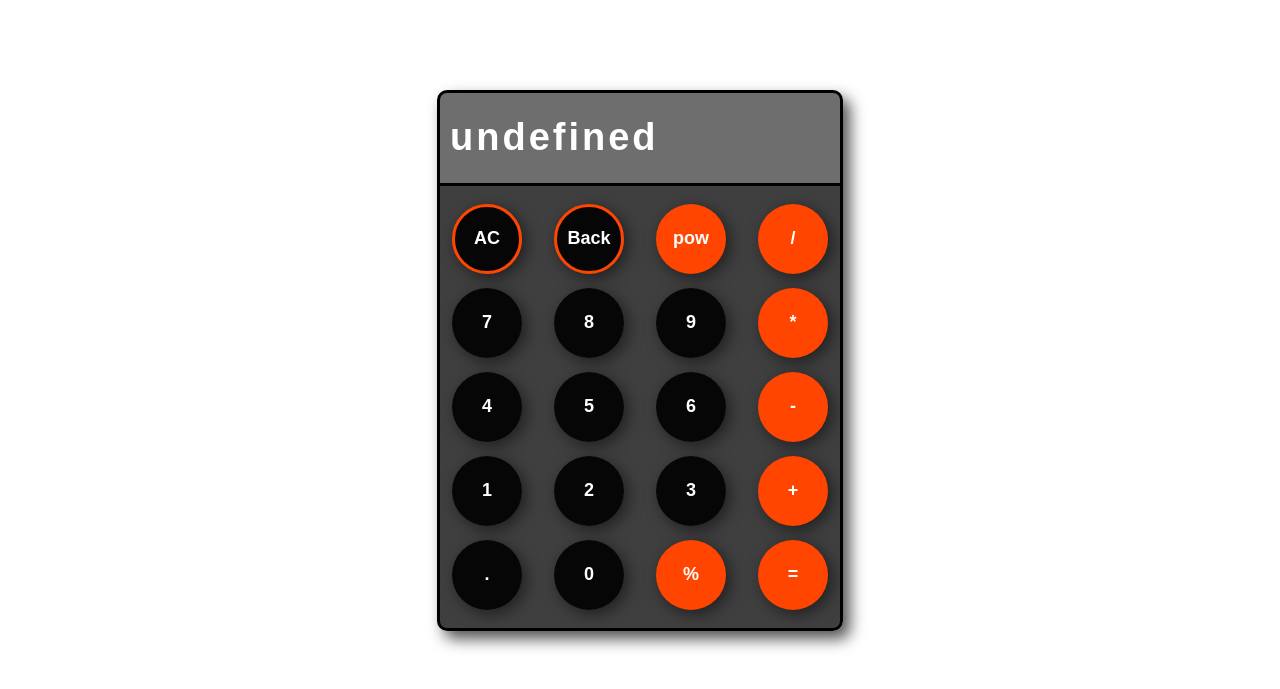
Repository: SakthivelDurai47/calculator
Page: index.html
An editor plug-in stored every save of this project. The page is shown before and after the next save, followed by the edit.
The browser window is 1280 px wide. The pictures show the whole page.
After loading, the first visible `button[onclick="calculate()"]` was clicked once.

Above is the page before, as saved 2025-04-13 16:00:50.

### index.html
<!DOCTYPE html>
<html lang="en">
  <head>
    <meta charset="UTF-8" />
    <meta name="viewport" content="width=device-width, initial-scale=1.0" />
    <title>Calculator</title>
    <link rel="stylesheet" href="styles.css" />
  </head>
  <body>
    <div id="calculator">
      <input id="display" readonly />
      <div id="buttons">
        <button onclick="clearDisplay()" class="control">AC</button>
        <button onclick="removeFromDisplay()" class="control">Back</button>
        <button onclick="addToDisplay('**')" class="operator">pow</button>
        <button onclick="addToDisplay('/')" class="operator">/</button>
        <button onclick="addToDisplay('7')">7</button>
        <button onclick="addToDisplay('8')">8</button>
        <button onclick="addToDisplay('9')">9</button>
        <button onclick="addToDisplay('*')" class="operator">*</button>
        <button onclick="addToDisplay('4')">4</button>
        <button onclick="addToDisplay('5')">5</button>
        <button onclick="addToDisplay('6')">6</button>
        <button onclick="addToDisplay('-')" class="operator">-</button>
        <button onclick="addToDisplay('1')">1</button>
        <button onclick="addToDisplay('2')">2</button>
        <button onclick="addToDisplay('3')">3</button>
        <button onclick="addToDisplay('+')" class="operator">+</button>
        <button onclick="addToDisplay('.')">.</button>
        <button onclick="addToDisplay('0')">0</button>
        <button onclick="addToDisplay('%')" class="operator">%</button>
        <button onclick="calculate()" class="operator">=</button>
      </div>
    </div>
    <script src="index.js"></script>
  </body>
</html>

### styles.css
body {
  margin: 0;
  display: flex;
  justify-content: center;
  align-items: center;
  height: 100vh;
}
#buttons {
  display: grid;
  grid-template-columns: repeat(4, 1fr);
  gap: 8px;
  align-items: center;
  justify-items: center;
}
button {
  width: 70px;
  height: 70px;
  border-radius: 35px;
  border: none;
  background-color: rgba(0, 0, 0, 0.9);
  color: white;
  font-size: large;
  font-weight: bold;
  margin: 3px;
  margin-left: 10px;
  margin-right: 10px;
  box-shadow: 4px 4px 15px rgba(0, 0, 0, 0.5);
}
button:hover {
  background-color: rgba(255, 255, 255, 0.3);
}
button:active {
  background-color: rgba(255, 255, 255, 0.1);
}
.control {
  border: 3px solid orangered;
}
.operator {
  background-color: orangered;
}
.operator:hover {
  background-color: rgba(255, 68, 0, 0.3);
}
.operator:active {
  background-color: rgba(255, 68, 0, 0.1);
}
#calculator {
  width: 400px;
  height: auto;
  background-color: rgba(0, 0, 0, 0.751);
  border-radius: 10px;
  box-shadow: 7px 8px 15px rgba(0, 0, 0, 0.678);
  overflow: hidden;
  padding-bottom: 15px;
  border: 3px solid black;
}
#display {
  width: 100%;
  height: 70px;
  margin-bottom: 15px;
  border: none;
  background-color: rgba(137, 137, 137, 0.642);
  color: white;
  font-size: 38px;
  letter-spacing: 3px;
  font-weight: bold;
  padding: 10px;
  border-bottom: 3px solid black;
}

### index.js
const display = document.getElementById("display");
let preValue = [""];
let errors = false;

function addToDisplay(input) {
  if (!errors) {
    display.value += input;
    preValue.push(display.value);
  } else {
    display.value = "";
    preValue = [""];
    errors = false;
    addToDisplay(input);
  }
}

function clearDisplay() {
  display.value = "";
  preValue = [""];
  errors = false;
}

function removeFromDisplay() {
  if (preValue.length > 1) {
    preValue.pop();
    display.value = preValue[preValue.length - 1];
    console.log(preValue);
  }
}

function calculate() {
  try {
    display.value = eval(display.value);
  } catch (error) {
    display.value = "error";
    errors = true;
  }
}

After the next save:
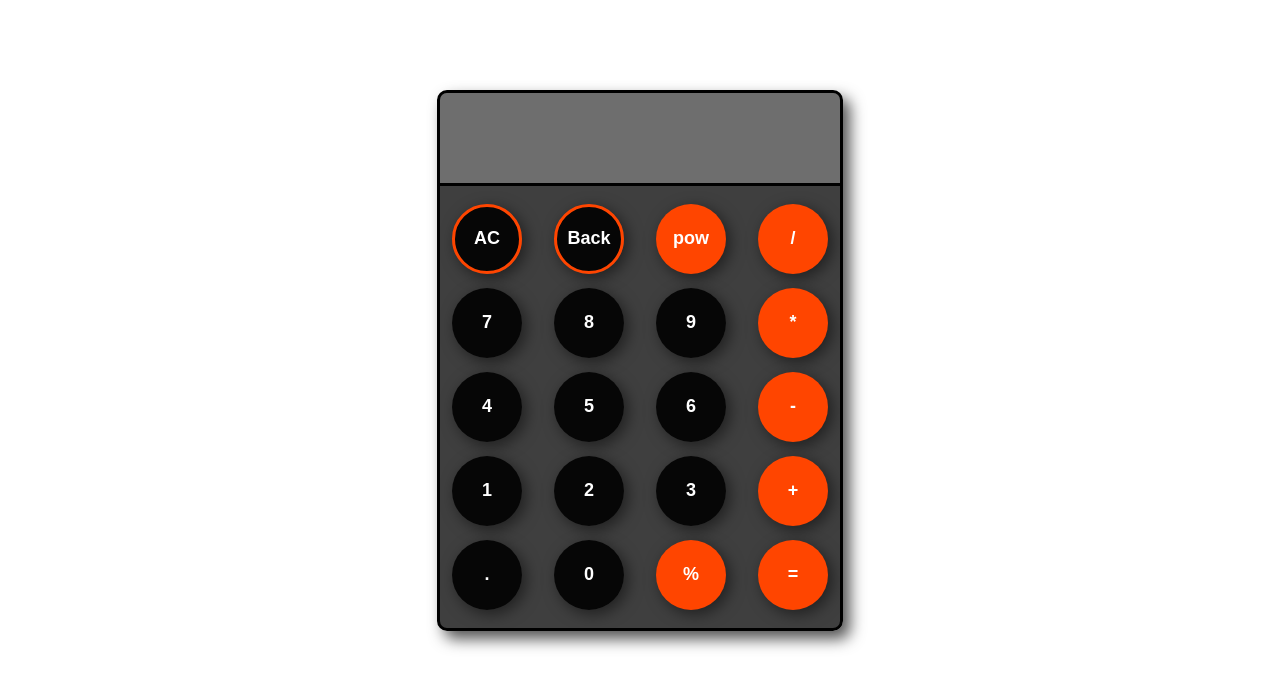
Console error: SyntaxError: Unexpected token '}'
Saved 66 s later.
--- a/index.js
+++ b/index.js
@@ -31,6 +31,7 @@
 function calculate() {
   try {
     display.value = eval(display.value);
+    if(display.value == Infinity)
   } catch (error) {
     display.value = "error";
     errors = true;

After the save that followed:
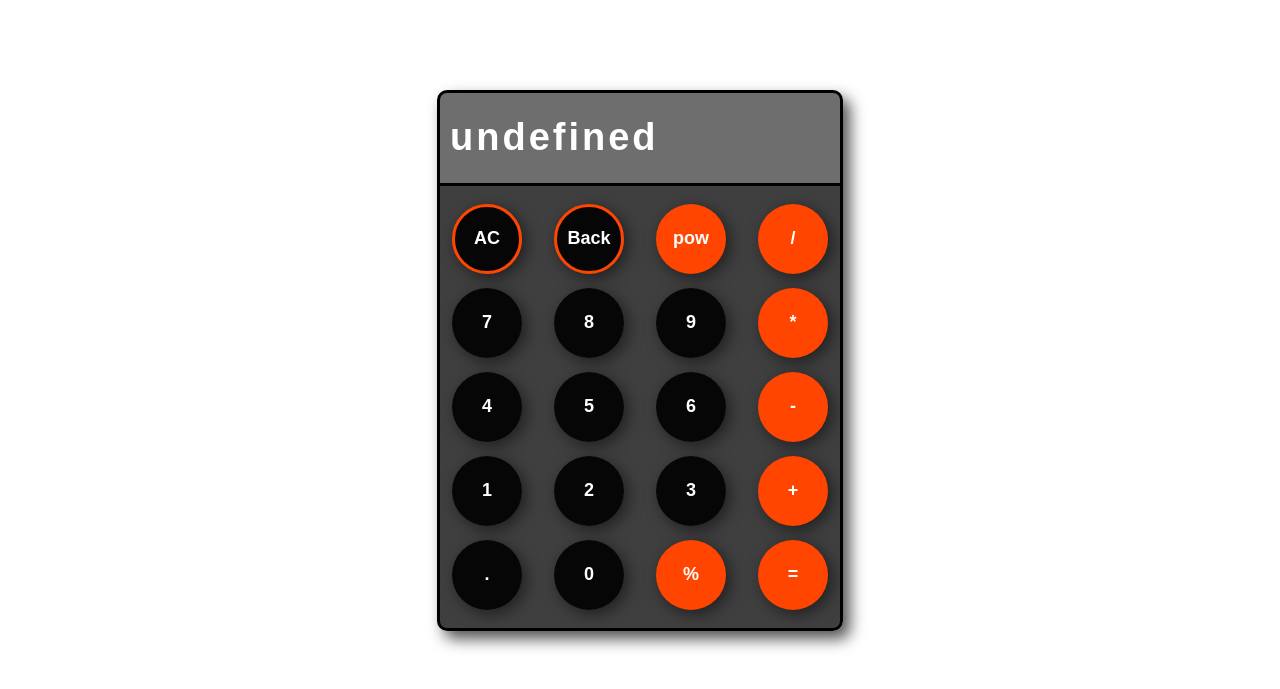
The error is gone.
Saved 10 s later.
--- a/index.js
+++ b/index.js
@@ -31,7 +31,9 @@
 function calculate() {
   try {
     display.value = eval(display.value);
-    if(display.value == Infinity)
+    if (display.value == Infinity) {
+      throw new Error();
+    }
   } catch (error) {
     display.value = "error";
     errors = true;
